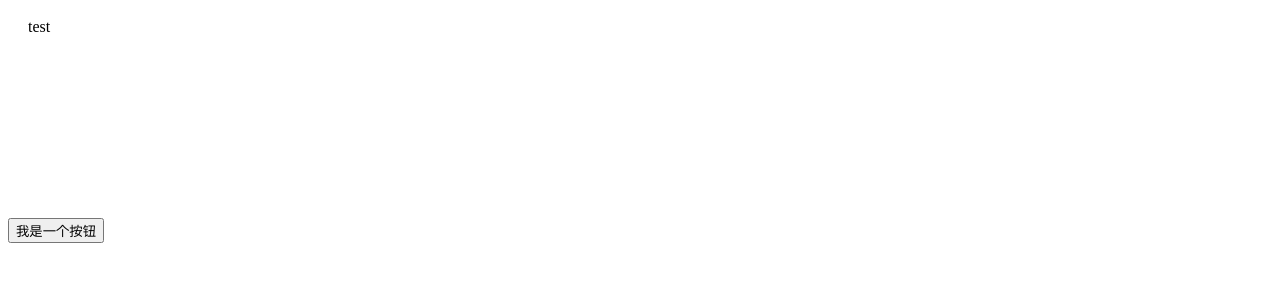
Repository: ls02/VSCode
Page: Java/2022/7-17-1/Test1.html
These files come from the project's save history. The page is drawn as it stood at one moment and after the next save; the edit follows.
The browser window is 1280 px wide. The pictures show the whole page.

Above is the page before, as saved 2022-07-17 16:48:05.

### Java/2022/7-17-1/Test1.html
<!--
 * @Author: ls02 <2877455773@qq.com>
 * @Date: 2022-07-17 15:44:10
 * @LastEditors: ls02 <2877455773@qq.com>
 * @LastEditTime: 2022-07-17 16:47:49
 * @FilePath: \Java\2022\7-17-1\Test1.html
 * @Description:
 *
 * Copyright (c) 2022 by ${ls02 <2877455773@qq.com>}, All Rights Reserved.
-->
<!DOCTYPE html>
<html lang="en">
<head>
    <meta charset="UTF-8">
    <meta http-equiv="X-UA-Compatible" content="IE=edge">
    <meta name="viewport" content="width=device-width, initial-scale=1.0">
    <title>Document</title>
    <style>
        div {
            wdith: 200px;
            height: 200px;

            padding-left: 20px;
            padding-top: 10px;
        }
    </style>
</head>
<body>
    <div>
        test
    </div>
    <input type="button" value="我是一个按钮" onclick="alert('你好')">

    <!-- <script>
        alert("hello");
    </script> -->
</body>
</html>

After the next save:
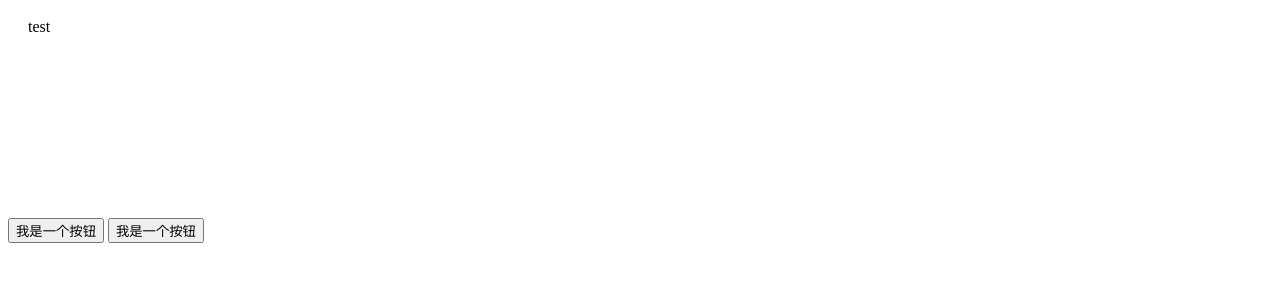
Saved 29 h 28 min later.
--- a/Java/2022/7-17-1/Test1.html
+++ b/Java/2022/7-17-1/Test1.html
@@ -2,7 +2,7 @@
  * @Author: ls02 <2877455773@qq.com>
  * @Date: 2022-07-17 15:44:10
  * @LastEditors: ls02 <2877455773@qq.com>
- * @LastEditTime: 2022-07-17 16:47:49
+ * @LastEditTime: 2022-07-18 22:16:53
  * @FilePath: \Java\2022\7-17-1\Test1.html
  * @Description:
  *
@@ -30,6 +30,7 @@
         test
     </div>
     <input type="button" value="我是一个按钮" onclick="alert('你好')">
+    <input type="button" value="我是一个按钮">
 
     <!-- <script>
         alert("hello");
